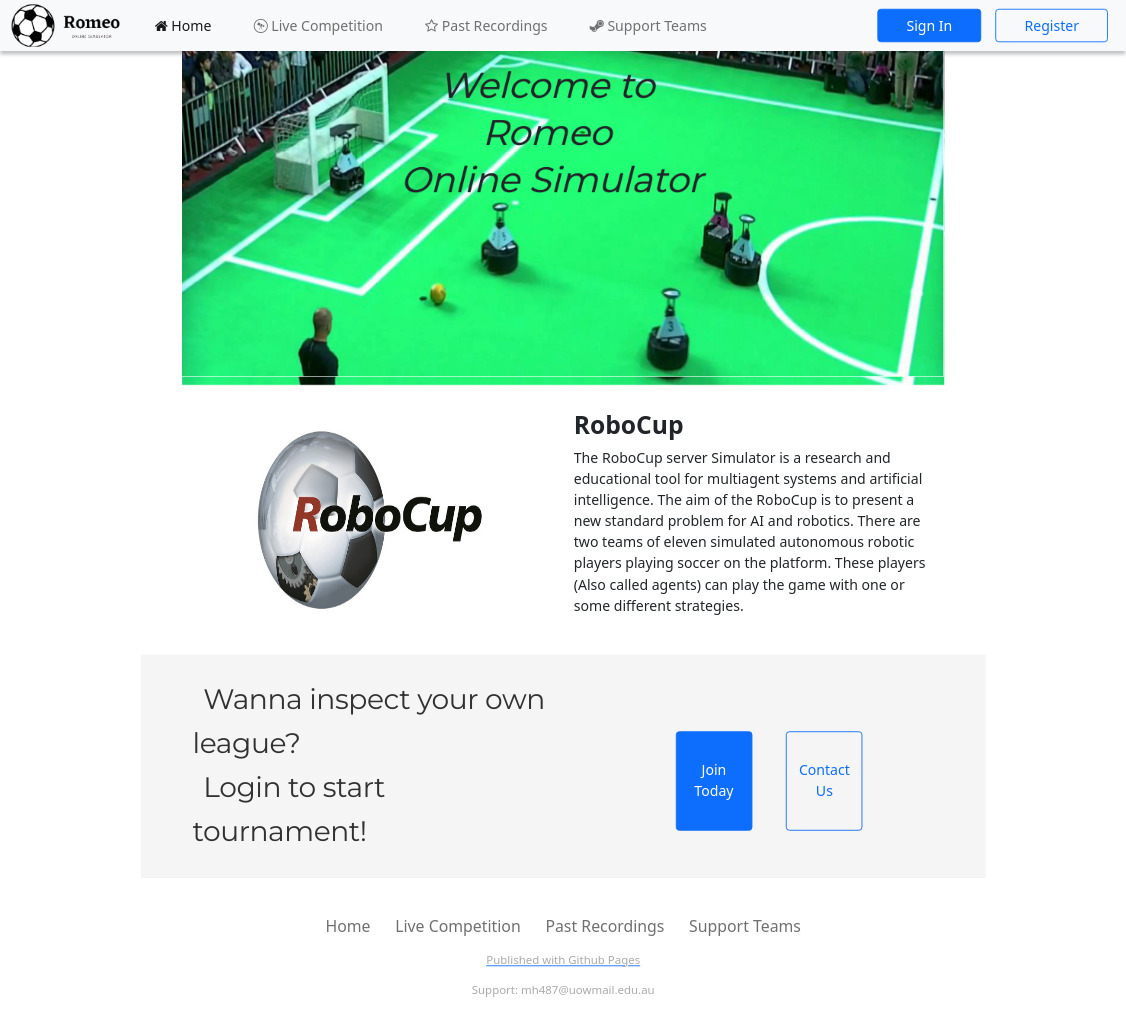
Repository: romeoonlinesim/romeoonlinesim.github.io
Page: / (app in client/)
An editor plug-in stored every save of this project. The page is shown before and after the next save, followed by the edit.
The browser window is 1280 px wide. The pictures show the whole page, at 88% of full size.
The page's requests for data from a server got no answer. The project was rebuilt for these pictures with package versions that can differ from the ones it lists, and the page was loaded fresh each time. No one was signed in, and anything a server would have sent is missing. Also part of the build but not shown: client/src/competition/Competition.scss, client/src/competition/Competition.jsx, client/src/recordings/Recordings.jsx, client/src/teams/Teams.jsx, client/src/login/Login.scss, client/src/login/Login.jsx, client/src/register/Register.jsx.

Above is the page before, as saved 2021-07-14 22:01:21.

### client/src/App.js
import React, { useState, useEffect, useRef } from "react";
import socketIOClient from "socket.io-client";
import { Route, Switch } from "react-router-dom";

import Navbar from "./common/navbar";
import Footer from "./common/footer";
import Home from "./home/Home";
import Competition from "./competition/Competition";
import Recordings from "./recordings/Recordings";
import Teams from "./teams/Teams";
import Login from "./login/Login";
import Register from "./register/Register";

import "./App.scss";

const host = "http://localhost:3000";

function App() {
  const [mess, setMess] = useState([]);
  const [message, setMessage] = useState('');
  const [id, setId] = useState();

  const socketRef = useRef();
  const messagesEnd = useRef();

  useEffect(() => {
    socketRef.current = socketIOClient.connect(host);

    socketRef.current.on("getId", data => {
      setId(data);
    });

    socketRef.current.on("sendDataServer", dataGot => {
      //if there are new messages, mess will be re-rendered
      setMess(oldMsgs => [...oldMsgs, dataGot.data]);
      scrollToBottom();
    });


    return () => {
      socketRef.current.disconnect();
    };
  }, []);

  const sendMessage = () => {
    if (message !== null) {
      const msg = {
        content: message,
        id: id
      }

      socketRef.current.emit("sendDataClient", msg);
      setMessage();
    }
  }

  const renderMess = mess.map((m, index) =>
    <div key={index} className={`${m.id === id ? 'your-message' : 'other-people'} chat-item`}>
      {m.content + m.id}
    </div>
  );

  const handleChange = (e) => {
    setMessage(e.target.value);
  }

  const onEnterPress = (e) => {
    if (e.keyCode === 13 && e.shiftKey === false) {
      sendMessage();
    }
  }

  const scrollToBottom = () => {
    messagesEnd.current.scrollIntoView({behavior: "smooth"});
  }

  const Main = () => (
    <Switch>
      <Route exact path="/" component={Home}></Route>
      <Route exact path="/competition" component={Competition}></Route>
      <Route exact path="/recordings" component={Recordings}></Route>
      <Route exact path="/teams" component={Teams}></Route>
      <Route exact path="/login" component={Login}></Route>
      <Route exact path="/register" component={Register}></Route>
    </Switch>
  );

  return (
    <div>
      <Navbar />
      <Main />
      <Footer />
    </div>
  );
}


  /*return (
    <div>


    <Navbar />
    <div class="box-chat">
    <div class="box-chat_message">
        {renderMess}
        <div style={{ float:"left", clear: "both" }}
              ref={messagesEnd}>
          </div>
    </div>

    <div class="send-box">
        <textarea
          value={message}
          onKeyDown={onEnterPress}
          onChange={handleChange}
          placeholder="Enter your message ..."
        />
        <button onClick={sendMessage}>
          Send
        </button>
    </div>
  </div>
  </div>);*/

export default App;

### client/src/common/navbar.jsx
import React from "react";
import {NavLink} from "react-router-dom";
import 'bootstrap/dist/css/bootstrap.min.css';
import 'font-awesome/css/font-awesome.min.css';
import "./navbar.scss";
import logo from "../img/logo-romeo-header.png";

class Navbar extends React.Component {
    render() {
        return (
        <nav className="navbar navbar-expand-lg navbar-light bg-light">
            <a href="index.html" className="navbar-brand">
                <img id="logo" src={logo} alt="Romeo Online Simulation"/>
            </a>
            <div className="collapse navbar-collapse" id="navbarSupportedContent">
            <ul className="navbar-nav mr-auto">
                <li className="nav-item">
                    <NavLink exact activeClassName="active" to="/" className="nav-link">
                        <i className="fa fa-home"></i>
                        Home
                    </NavLink>
                </li>
                <li className="nav-item">
                    <NavLink exact activeClassName="active" to="/competition" className="nav-link">
                        <i className="fa fa-wpexplorer"></i>
                        Live Competition
                    </NavLink>
                </li>
                <li className="nav-item">
                    <NavLink exact activeClassName="active" to="/recordings" className="nav-link">
                        <i className="fa fa-star-o"></i>
                        Past Recordings
                    </NavLink>
                </li>
                <li className="nav-item">
                    <NavLink exact activeClassName="active" to="/teams" className="nav-link">
                        <i className="fa fa-steam"></i>
                        Support Teams
                    </NavLink>
                </li>
            </ul>
            </div>
            <div id="navbar-right" className="navbar-right">
                <ul className="navbar-nav mr-auto">
                    <li className="nav-item">
                        <NavLink to="/login" id="login" className="btn btn-primary">Sign In</NavLink>
                    </li>
                    <li className="nav-item">
                        <NavLink to="/register" id="register" className="btn btn-outline-primary">Register</NavLink>
                    </li>
                </ul>
            </div>
        </nav>
        );
    }
}

export default Navbar;

### client/src/common/footer.jsx
import React from "react";
import "./footer.scss";

class Footer extends React.Component {
    render() {
        return (
            <div className="footer-basic">
                <footer>
                    <ul className="list-inline">
                        <li className="list-inline-item"><a href="#">Home</a></li>
                        <li className="list-inline-item"><a href="#">Live Competition</a></li>
                        <li className="list-inline-item"><a href="#">Past Recordings</a></li>
                        <li className="list-inline-item"><a href="#">Support Teams</a></li>
                    </ul>
                    <div className="text-center"><a href="https://www.github.com/" target="_blank">
                        <p className="copyright">Published with Github Pages</p>
                        </a></div><a target="_blank">
                        <p className="copyright">Support: mh487@uowmail.edu.au</p>
                    </a>
                </footer>
            </div>
        );
    }
}

/*<a href="https://www.github.com/" target="_blank" rel="noreferrer">
                            <p className="copyright">Published with Github Pages</p>
                        </a>

<a href="mailto:mh487@uowmail.edu.au" target="_blank" rel="noreferrer">
                        <p className="copyright">Support: mh487@uowmail.edu.au</p>
                    </a>*/
export default Footer;

### client/src/home/Home.jsx
import React from "react";
import { Parallax } from "react-parallax";

import "./Home.scss";

import background from "../img/bg-1.png";
import secondBackground from "../img/robocup-1.png";

class Home extends React.Component {
    render() {
        return (
            <div className="container-fluid">
                <div className="row">
                <Parallax
                    bgImage={background}
                    bgImageAlt="Welcome to Romeo Online Simulator"
                    className="backgroundimages"
                >
                </Parallax>
                </div>
                <div className="row">
                <img className="img col-lg-6" src={secondBackground} alt="Background" />
                <div className="text col-lg-6 ">
                    <h3 className="grid-item">RoboCup</h3>
                    <p className="grid-item">The RoboCup server Simulator is a research and educational tool for multiagent systems and artificial intelligence. The aim of the RoboCup is to present a new standard problem for AI and robotics. There are two teams of eleven simulated autonomous robotic players playing soccer on the platform. These players (Also called agents) can play the game with one or some different strategies. </p>
                </div>
                </div>
                <div className="row grey">
                <div className="row" />
                <div className="col-lg-6">
                    <p className="para">Wanna inspect your own league?</p>
                    <p className="para">Login to start tournament!</p>
                </div>
                <div className="col-lg-6 row">
                    <div className="row" />
                    <div className="col-lg-3" />
                    <button id="join_today" type="button" className="btn btn-primary col-lg-3">Join Today</button>
                    <div className="col-lg-1" />
                    <button type="button" className="btn btn-outline-primary col-lg-3">Contact Us</button>
                </div>
                </div>
            </div>
        );
    }
}

export default Home;

### client/src/App.scss
.App {
  text-align: center;
  background: linear-gradient(gray, black);

}

.chat-item {
  width: 50%;
}
.your-message {
  background: #009bff;
  margin: 1em;
  border-radius: 1em;
  padding: 1em;
  color: white;
  float: right;
}

.other-people {
  background: #868686;
  margin: 1em;
  border-radius: 1em;
  padding: 1em;
  color: white;
  text-align: left;
  float: left;
}

.box-chat_message {
  min-height: 60vh;
  max-height: 60vh;
  overflow-y: auto;

}
.box-chat {
  width:70%;
  margin: 0 auto;
  margin-top: 100px;
  box-shadow: 0 0 10px 0 black;
  border-radius: 1em;
}

.send-box {
  width: 100%;
  padding: 1em;
}

textarea {
  width: 80%;
  margin: 0;
  padding: 0.5em;
  background: #ebf5ff;
  border-radius: 2em;
  display: flex;
  float: left;
}

button {
  width: 10%;
  background: #6650ff;
  color: white;
  margin-left: 10px;
  border: none;
  border-radius: 1em;
  cursor: pointer;
  padding: 1em;
  text-align: center;

}
button:hover {
  background: black;
}
textarea:focus {outline:0;}


/* width */
::-webkit-scrollbar {
  width: 5px;
}

/* Track */
::-webkit-scrollbar-track {
  background: #f1f1f1;
}

/* Handle */
::-webkit-scrollbar-thumb {
  background: #dadada;
  border-radius: 1em;

}

/* Handle on hover */
::-webkit-scrollbar-thumb:hover {
  background: #555;
}

### client/src/common/navbar.scss
.navbar {
	padding-left: 1%;
	padding-right: 1%;
	padding-top: 0%;
	padding-bottom: 0%;
	box-shadow: 0px 4px 4px rgba(0, 0, 0, 0.25);

    i {
        padding-right: 4px;
    }
}
.navbar-nav {
	>li {
		padding-left: 16px;
		padding-right: 16px;
	}
}
.navbar-right {
    li {
        padding-left: 8px;
        padding-right: 8px;
    }
	a {
		padding-left: 32px;
		padding-right: 32px;
	}
}

#logo {
    height: 3rem;
    width:auto;
}

### client/src/common/footer.scss
.footer-basic {
    padding: 40px 0;
    background-color: #ffffff;
    color: #4b4c4d;
  }

.footer-basic ul {
padding: 0;
list-style: none;
text-align: center;
font-size: 18px;
line-height: 1.6;
margin-bottom: 0;
}

.footer-basic li {
padding: 0 10px;
}

.footer-basic ul a {
color: inherit;
text-decoration: none;
opacity: 0.8;
}

.footer-basic ul a:hover {
opacity: 1;
}

.footer-basic .social {
text-align: center;
padding-bottom: 25px;
}

.footer-basic .social > a {
font-size: 24px;
width: 40px;
height: 40px;
line-height: 40px;
display: inline-block;
text-align: center;
border-radius: 50%;
border: 1px solid #ccc;
margin: 0 8px;
color: inherit;
opacity: 0.75;
}

.footer-basic .social > a:hover {
opacity: 0.9;
}

.footer-basic .copyright {
margin-top: 15px;
text-align: center;
font-size: 13px;
color: #aaa;
margin-bottom: 0;
}

### client/src/home/Home.scss
@import url("https://fonts.googleapis.com/css?family=Montserrat");
@import url("https://fonts.googleapis.com/css?family=Comfortaa");

@media (min-width: 768px) {
    .backgroundimages {
      height: 380px;
      width: 100%;
      background-position: center;
      background-repeat: no-repeat;
      background-size: cover;
      background-image: url("../img/bg-1.png");
    }
  }

  @media (max-width: 767px) {
    .backgroundimages {
      width: 100%;
      height: 300px;
      background-position: center;
      background-size: cover;
      background-image: url("../img/bg-1.png");
    }
  }

  @media (min-width: 1500px) {
    .backgroundimages {
      width: 100%;
      height: 500px;
      background-position: center;
      background-size: cover;
      background-image: url("../img/bg-1.png");
    }
  }


  .background-img {
    max-width: 100%;
    height: auto;
  }

  #logo {
    max-height: 3rem;
    width:auto;
  }


  .text {
    align-items: center;
    display:grid;
    grid-row-gap: 0%;
  }

  h3 {
    font-weight: bold;
  }

  .para {
    font-family: Montserrat;
    font-style: normal;
    font-weight: normal;
    font-size: 32px;
    line-height: 50px;
    margin-bottom: 0%;
    /* or 139% */

    letter-spacing: -0.015em;

    color: rgba(0, 0, 0, 0.8);

    text-indent: 3%;
  }

  .row {
    padding-bottom: 3%;
  }

  .no-padding {
    padding-bottom: 0.25%;
  }

  .padding-1 {
    padding-bottom: 1%;
  }

  .padding-2 {
    padding-bottom: 2%;
  }

  .footer {
    background: #555555;
    max-height: min-content;
  }

  .support-text {
    font-family: Comfortaa;
    font-style: normal;
    font-weight: normal;
    font-size: 23.4444px;
    line-height: 32px;
    align-items: center;
    text-align: center;
    letter-spacing: -0.015em;

    color: #FFFFFF;
  }

  .support-email {
    font-family: Comfortaa;
    font-style: normal;
    font-weight: normal;
    font-size: 16px;
    display: flex;
    flex-direction: column;
    justify-content: flex-end;
    text-align: right;
    letter-spacing: -0.015em;

    color: #FFFFFF;
    padding-right: 0%;
    padding-left: 0%;
  }

  .github-text {
    font-family: Comfortaa;
    font-style: normal;
    font-weight: normal;
    font-size: 16px;
    display: flex;
    flex-direction: column;
    justify-content: flex-end;
    text-align: left;
    letter-spacing: -0.015em;

    color: #FFFFFF;
    padding-right: 0%;
    padding-left: 0%;
  }

  .line {
    height: 1px;
    border-width: 1px;
    border-style: solid;
    border-color: rgba(0, 0, 0, 0.25);
    padding-bottom: 0px;
  }


  .right {
    text-align: right;
    float: right;
  }

  .grey {
    background: #F5F5F5;
  }

  .container-fluid {
    max-width: 75%;
  }

  .watermark {
    position: absolute;

    right: 1%;
    top: 10%;

    font-family: Montserrat;
    font-style: italic;
    font-weight: bold;
    font-size: 60px;
    line-height: 80px;
    /* identical to box height, or 143% */

    text-align: center;
    letter-spacing: -0.015em;
  }

### client/src/teams/Teams.scss
#visit_list .card-img-top {
    width: 100%;
    height: 10vw;
    object-fit: cover;
}

.row {
    padding-left: 5%;
    padding-right: 5%;
}

Loaded but not shown: client/public/index.html (common file); client/src/index.js (common file); client/src/index.css (common file); client/src/reportWebVitals.js (common file); client/src/recordings/Recordings.scss (no stored copy; drawn as an empty file); client/src/register/Register.scss (no stored copy; drawn as an empty file)

After the next save:
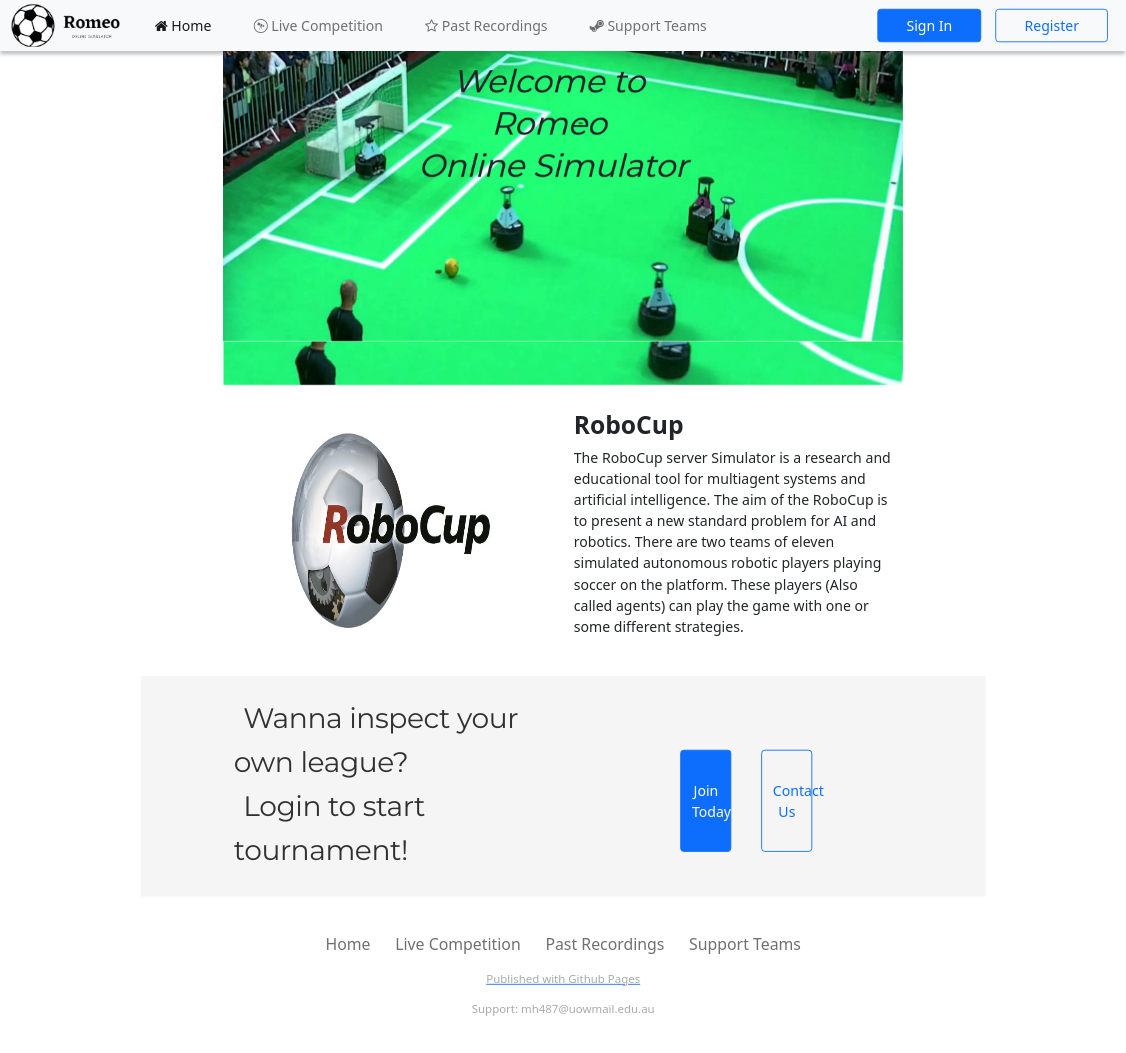
Saved 16 s later.
--- a/client/src/teams/Teams.scss
+++ b/client/src/teams/Teams.scss
@@ -5,6 +5,6 @@
 }
 
 .row {
-    padding-left: 5%;
-    padding-right: 5%;
+    padding-left: 10%;
+    padding-right: 10%;
 }
